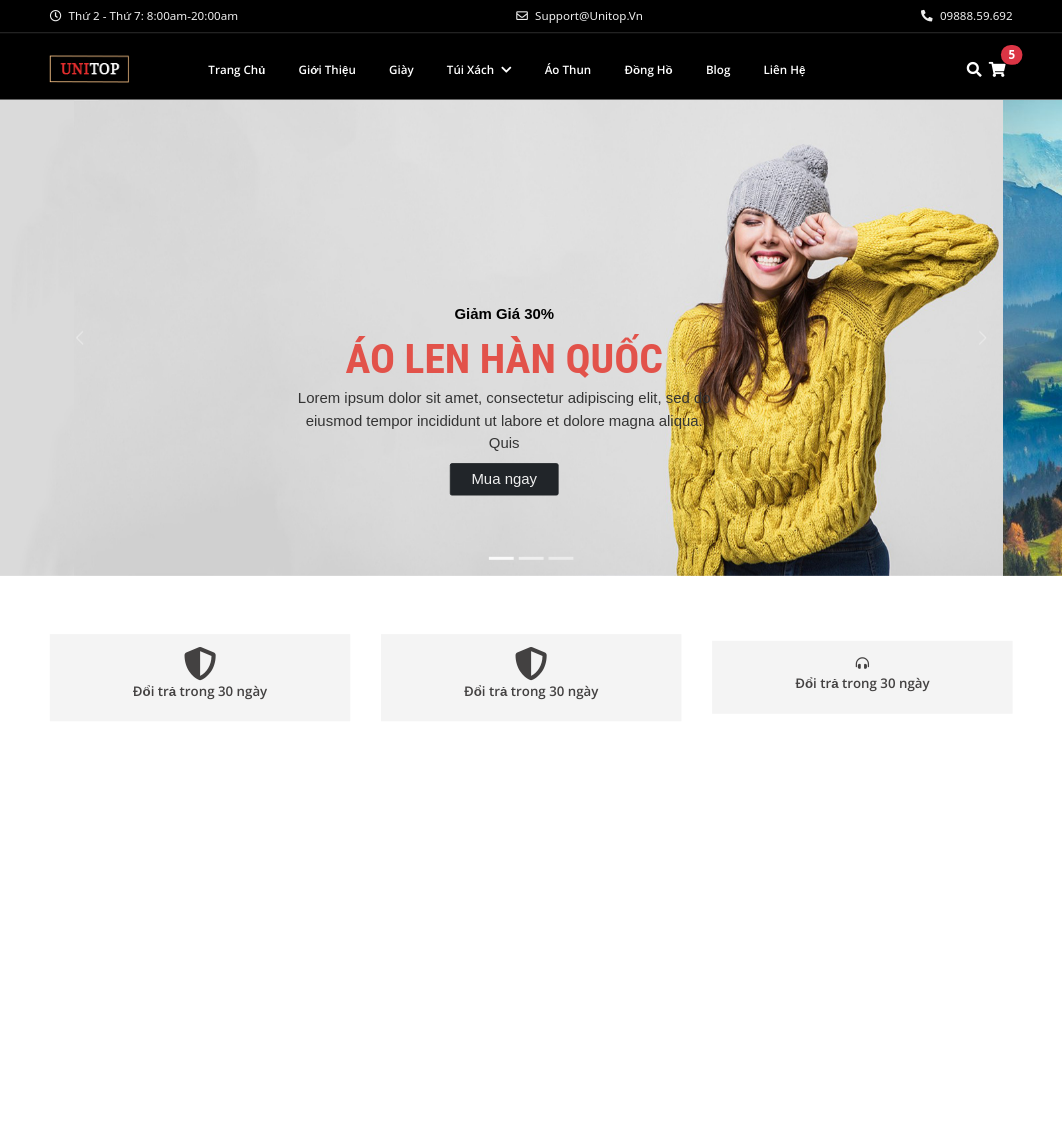
Repository: vinhtk0209/clothes-shop
Page: index.html
The author's editor kept a copy of each file at every save. The page is drawn from the files as they stood at one save, then again after a run of saves.
The browser window is 1280 px wide. The pictures show the whole page, at 83% of full size.

Above is the page before, as saved 2021-10-04 17:26:52.

After the next 4 saves:
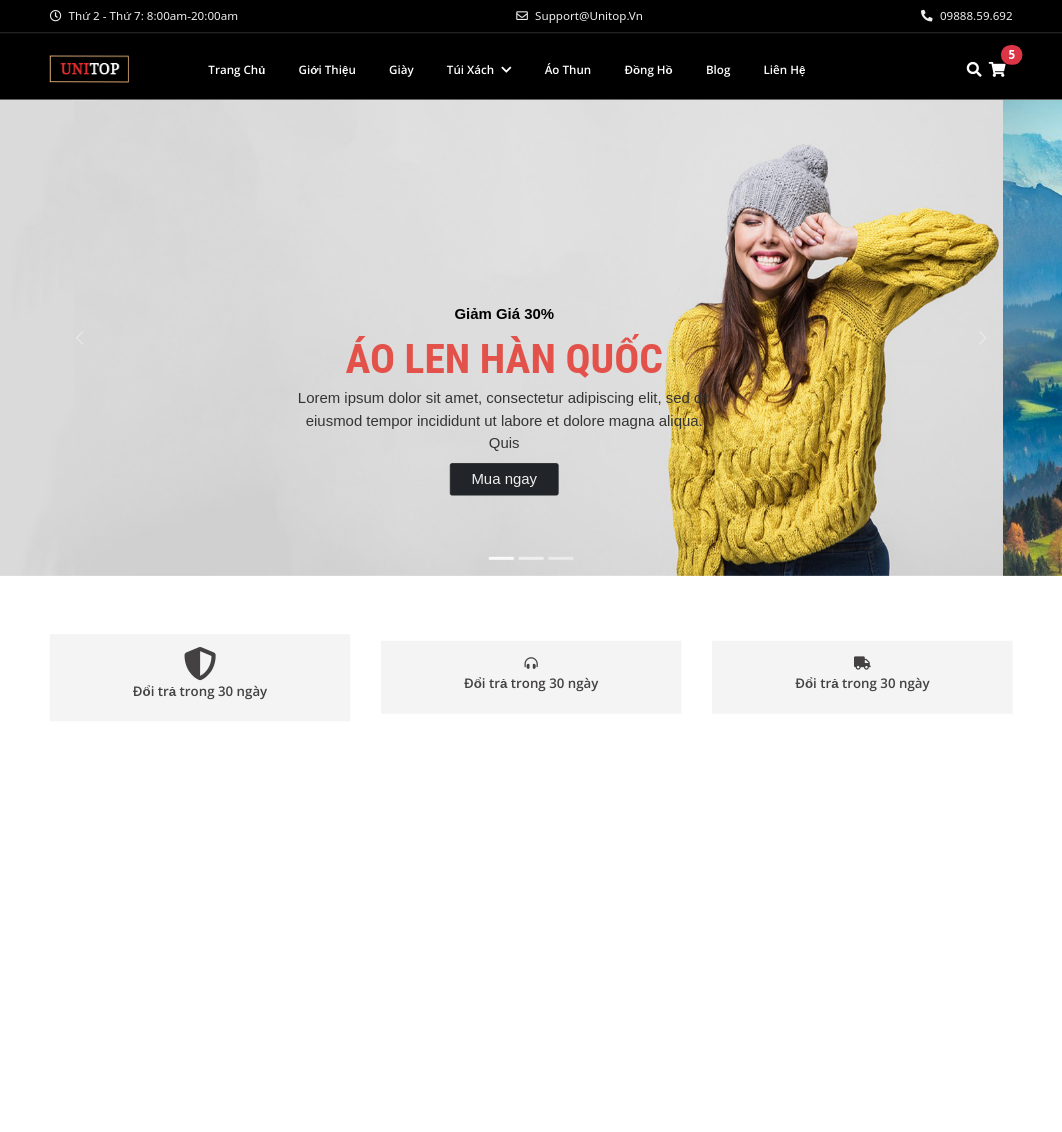
The 4 saves are shown as one change because they came seconds apart.
The last was saved 49 s later.
--- a/index.html
+++ b/index.html
@@ -242,7 +242,8 @@
           <div class="special__offer--support-phone box-offer">
             <span class="icon-return-time d-block ">
               <!-- icon support  -->
-              <i class="fas fa-shield-alt fs-40"></i>
+              <i class="fas fa-headphones-alt"></i>
+
             </span>
             <p class="special__offer--descr m-0 ">
               Đổi trả trong 30 ngày
@@ -252,7 +253,7 @@
           <div class="special__offer--freeship box-offer">
             <span class="icon-return-time d-block ">
               <!-- icon freeship  -->
-              <i class="fas fa-headphones-alt"></i>
+              <i class="fas fa-truck"></i>
             </span>
             <p class="special__offer--descr m-0 ">
               Đổi trả trong 30 ngày
